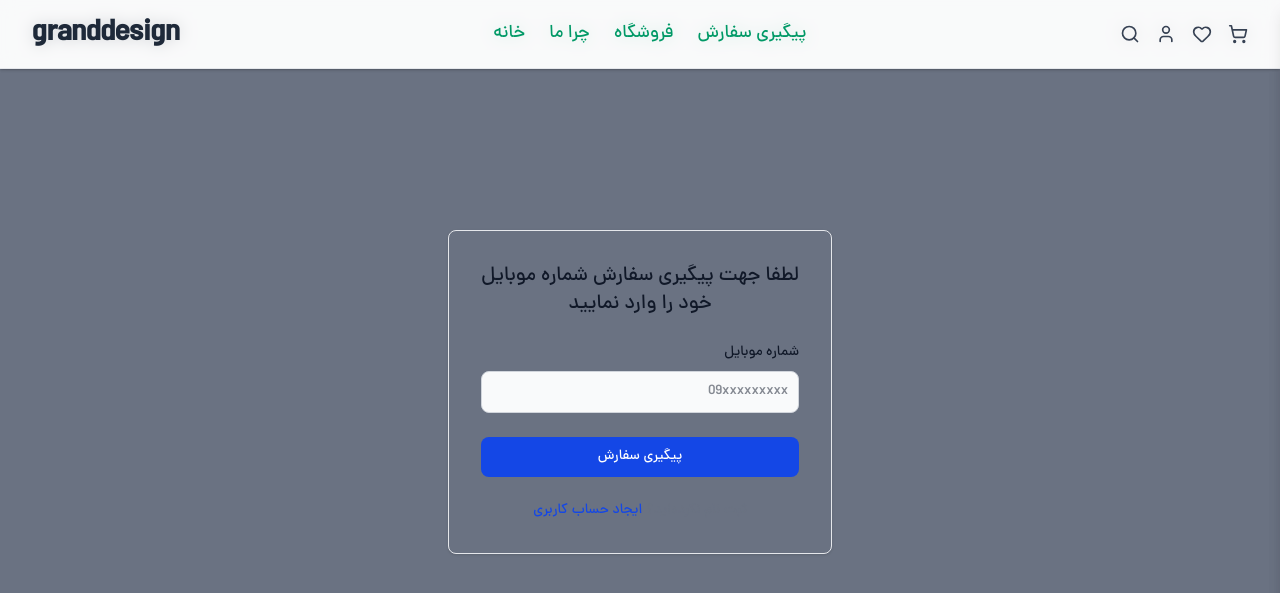
Repository: Aihan-2005/granddesign.frontend
Page: /productTracking
The author's editor kept a copy of each file at every save. The page is drawn from the files as they stood at one save, then again after the next save.
The browser window is 1280 px wide. The pictures show the whole page.
The project was rebuilt for these pictures with package versions that can differ from the ones it lists, and the page was loaded fresh each time. The framework's server and built-in components were replaced by stand-ins that run in the browser. Also part of the build but not shown: next.config.mjs, src/components/store/modal/Search.jsx, src/zustand/useAuthStore.jsx, src/components/store/modal/Login.jsx, src/components/store/modal/CartModal.jsx, src/components/store/modal/FavoritesModal.jsx.

Above is the page before, as saved 2025-09-16 01:41:23.

### src/app/layout.jsx
import { Geist, Geist_Mono } from "next/font/google";
import "./globals.css";
import Header from './../components/store/Headers';
import Search from './../components/store/modal/Search';
import LoginModal from './../components/store/modal/Login';
import CartModal from './../components/store/modal/CartModal';
import FavoritesModal from "@/components/store/modal/FavoritesModal";

const geistSans = Geist({
  variable: "--font-geist-sans",
  subsets: ["latin"],
});

const geistMono = Geist_Mono({
  variable: "--font-geist-mono",
  subsets: ["latin"],
});

export const metadata = {
  title: "Create Next App",
  description: "Generated by create next app",
};

export default function RootLayout({ children }) {
  return (
    <html lang="en">
      <body className={`${geistSans.variable} ${geistMono.variable} antialiased`}>
        <Header />
        {children}
        <Search/>
        <LoginModal />
        <FavoritesModal/>
        <CartModal />
      </body>
    </html>
  );
}

### src/app/(fullpage)/layout.jsx
export default function LayoutRegister({children}){
    return(
        <>
        {children}
        </>
    )
}

### src/app/(fullpage)/productTracking/page.jsx
import Header from "@/components/store/Headers";

export default function ProductTracking() {
    return (
        <div className="min-h-screen bg-gray-500 relative overflow-hidden" >
            <Header />

            <div className="flex items-center justify-center min-h-screen pt-16">
                <div className="w-full max-w-sm p-4 bg- border border-gray-200 rounded-lg shadow-sm sm:p-6 md:p-8 ">
                    <form className="space-y-6" action="#">
                        <h5 className="text-xl font-medium text-gray-900 dark:text-white text-center">
                            لطفا جهت پیگیری سفارش شماره موبایل خود را وارد نمایید
                        </h5>
                        <div>
                            <label htmlFor="phone" className="block mb-2 text-sm font-medium text-gray-900 dark:text-white text-right">
                                شماره موبایل
                            </label>
                            <input
                                type="tel"
                                name="phone"
                                id="phone"
                                className="bg-gray-50 border border-gray-300 text-gray-900 text-sm rounded-lg focus:ring-blue-500 focus:border-blue-500 block w-full p-2.5 dark:bg-gray-600 dark:border-gray-500 dark:placeholder-gray-400 dark:text-white text-right"
                                placeholder="09xxxxxxxxx"
                                required
                            />
                        </div>

                        <button
                            type="submit"
                            className="w-full text-white bg-blue-700 hover:bg-blue-800 focus:ring-4 focus:outline-none focus:ring-blue-300 font-medium rounded-lg text-sm px-5 py-2.5 text-center dark:bg-blue-600 dark:hover:bg-blue-700 dark:focus:ring-blue-800"
                        >
                            پیگیری سفارش
                        </button>

                        <div className="text-sm font-medium text-gray-500 dark:text-gray-300 text-center">
                            ثبت نام نکرده‌اید؟{" "}
                            <a href="#" className="text-blue-700 hover:underline dark:text-blue-500">
                                ایجاد حساب کاربری
                            </a>
                        </div>
                    </form>
                </div>
            </div>
        </div>
    )
}

### src/app/globals.css
@import "tailwindcss";



@font-face {
  font-family: "Biski";
  src: url("/Fonts/biski/BiskiTrial-Regular.otf") format(opentype);
}
@font-face {
  font-family: "Dana";
  src: url("/Fonts/dana/dana medium.ttf") format(truetype);
}
@font-face {
  font-family: "Niaz";
  src: url("/Fonts/niaz/niaz.ttf") format(truetype);
}

*{
  font-family:"Dana";
   scroll-behavior: smooth;
}




body::-webkit-scrollbar {
    width: 7px;
}

body::-webkit-scrollbar-track {
    background-color: inherit;
    border-radius: 25px;
}

body::-webkit-scrollbar-thumb {
    background-color: rgb(130, 130, 130);
    border-radius: 25px;
}

.changeScroll::-webkit-scrollbar {
    height:  7px;
}

.changeScroll::-webkit-scrollbar-track {
    background-color: inherit;
    border-radius: 25px;
}

.changeScroll::-webkit-scrollbar-thumb {
    background-color: rgb(130, 130, 130);
    border-radius: 25px;
}


body {
background-color: rgba(49, 49, 49, 0.901);
width: 100%;
height: 100%;
}


input:-webkit-autofill,
input:-webkit-autofill:hover,
input:-webkit-autofill:focus,
input:-webkit-autofill:active {
    -webkit-box-shadow: 0 0 0px 1000px #0f172a00 inset !important;
    box-shadow: 0 0 0px 1000px #0f172a00 inset !important;
    -webkit-text-fill-color: #fff !important;
    caret-color: #ffffff !important;
    border-color: #94a3b800 !important;
    transition: background-color 9999s ease-in-out 0s, color 9999s ease-in-out 0s;
    appearance: none;
}
.no-scrollbar::-webkit-scrollbar {
  display: none;
}
.no-scrollbar {
  -ms-overflow-style: none;  /* IE and Edge */
  scrollbar-width: none;  /* Firefox */
}

### src/zustand/Search.jsx
import { create } from "zustand";


export const useSearchStore = create((set) => ({
  isSearchOpen: false,
  openSearch: () => set({ isSearchOpen: true }),
  closeSearch: () => set({ isSearchOpen: false }),
}));

### src/zustand/loginStore.jsx
import { create } from "zustand";


export const useLoginStore = create((set)=>({
    isLoginOpen : false,
    openLogin:()=>set({isLoginOpen:true}),
    closeLogin:()=>set({isLoginOpen:false})
}));

### src/zustand/cartStore.jsx
// import { create } from "zustand";

// export const useCartStore = create((set) => ({
//   isCartOpen: false,
//   items: [],

//   openCart: () => set({ isCartOpen: true }),
//   closeCart: () => set({ isCartOpen: false }),

//   addItem: (product) =>
//     set((state) => {
//       const existing = state.items.find((item) => item.id === product.id);
//       if (existing) {
//         return {
//           items: state.items.map((item) =>
//             item.id === product.id
//               ? { ...item, quantity: item.quantity + 1 }
//               : item
//           ),
//         };
//       }
//       return {
//         items: [...state.items, { ...product, quantity: 1 }],
//       };
//     }),

//   removeItem: (id) =>
//     set((state) => ({
//       items: state.items.filter((item) => item.id !== id),
//     })),
// }));
// src/zustand/cartStore.js
import { create } from 'zustand';
import { persist } from 'zustand/middleware'; // اضافه کردن این import

export const useCartStore = create(
  persist( // اضافه کردن persist
    (set, get) => ({
      items: [],
      isCartOpen: false,

      openCart: () => set({ isCartOpen: true }),
      closeCart: () => set({ isCartOpen: false }),

      addItem: (product) => set((state) => {
        const existingItem = state.items.find(item => item.id === product.id);
        if (existingItem) {
          return {
            items: state.items.map(item =>
              item.id === product.id
                ? { ...item, quantity: item.quantity + 1 }
                : item
            )
          };
        } else {
          return {
            items: [...state.items, { ...product, quantity: 1 }]
          };
        }
      }),

      removeItem: (productId) => set((state) => ({
        items: state.items.filter(item => item.id !== productId)
      })),

      updateQuantity: (productId, newQuantity) => set((state) => ({
        items: state.items.map(item =>
          item.id === productId
            ? { ...item, quantity: Math.max(0, newQuantity) }
            : item
        ).filter(item => item.quantity > 0)
      })),

      clearCart: () => set({ items: [] })
    }),
    {
      name: 'cart-storage', // نام برای localStorage
    }
  )
);

### src/zustand/favoritesStore.jsx
// // src/zustand/wishlistStore.js
// import { create } from 'zustand';
// import { persist } from 'zustand/middleware';

// export const useWishlistStore = create(
//   persist(
//     (set, get) => ({
//       wishlistItems: [],

//       // اضافه کردن محصول به علاقه‌مندی‌ها
//       addToWishlist: (product) => set((state) => {
//         const exists = state.wishlistItems.find(item => item.id === product.id);
//         if (!exists) {
//           return { wishlistItems: [...state.wishlistItems, product] };
//         }
//         return state;
//       }),

//       // حذف محصول از علاقه‌مندی‌ها
//       removeFromWishlist: (productId) => set((state) => ({
//         wishlistItems: state.wishlistItems.filter(item => item.id !== productId)
//       })),

//       // تغییر وضعیت محصول در علاقه‌مندی‌ها
//       toggleWishlistItem: (product) => set((state) => {
//         const exists = state.wishlistItems.find(item => item.id === product.id);
//         if (exists) {
//           return {
//             wishlistItems: state.wishlistItems.filter(item => item.id !== product.id)
//           };
//         } else {
//           return {
//             wishlistItems: [...state.wishlistItems, product]
//           };
//         }
//       }),

//       // پاک کردن همه علاقه‌مندی‌ها
//       clearWishlist: () => set({ wishlistItems: [] }),

//       // بررسی وجود محصول در علاقه‌مندی‌ها
//       isInWishlist: (productId) => {
//         return get().wishlistItems.some(item => item.id === productId);
//       }
//     }),
//     {
//       name: 'wishlist-storage', // نام برای ذخیره در localStorage
//     }
//   )
// );
// src/zustand/wishlistStore.js
// src/zustand/favoritesStore.js
import { create } from 'zustand';
import { persist } from 'zustand/middleware';

export const useWishlistStore = create(
  persist(
    (set, get) => ({
      wishlistItems: [],
      isFavoritesOpen: false, // اضافه کردن این خط

      // توابع جدید برای مدیریت modal
      openFavorites: () => set({ isFavoritesOpen: true }),
      closeFavorites: () => set({ isFavoritesOpen: false }),

      // توابع قبلی...
      addToWishlist: (product) => set((state) => {
        const exists = state.wishlistItems.find(item => item.id === product.id);
        if (!exists) {
          return { wishlistItems: [...state.wishlistItems, product] };
        }
        return state;
      }),

      removeFromWishlist: (productId) => set((state) => ({
        wishlistItems: state.wishlistItems.filter(item => item.id !== productId)
      })),

      toggleWishlistItem: (product) => set((state) => {
        const exists = state.wishlistItems.find(item => item.id === product.id);
        if (exists) {
          return {
            wishlistItems: state.wishlistItems.filter(item => item.id !== product.id),
            isFavoritesOpen: true // باز نگه داشتن modal بعد از حذف
          };
        } else {
          return {
            wishlistItems: [...state.wishlistItems, product],
            isFavoritesOpen: true // باز نگه داشتن modal بعد از اضافه کردن
          };
        }
      }),

      clearWishlist: () => set({ wishlistItems: [] }),

      isInWishlist: (productId) => {
        return get().wishlistItems.some(item => item.id === productId);
      }
    }),
    {
      name: 'wishlist-storage',
    }
  )
);

Loaded but not shown: src/zustand/store.js (18 lines, source omitted); src/components/store/Headers.jsx (396 lines, source omitted)

After the next save:
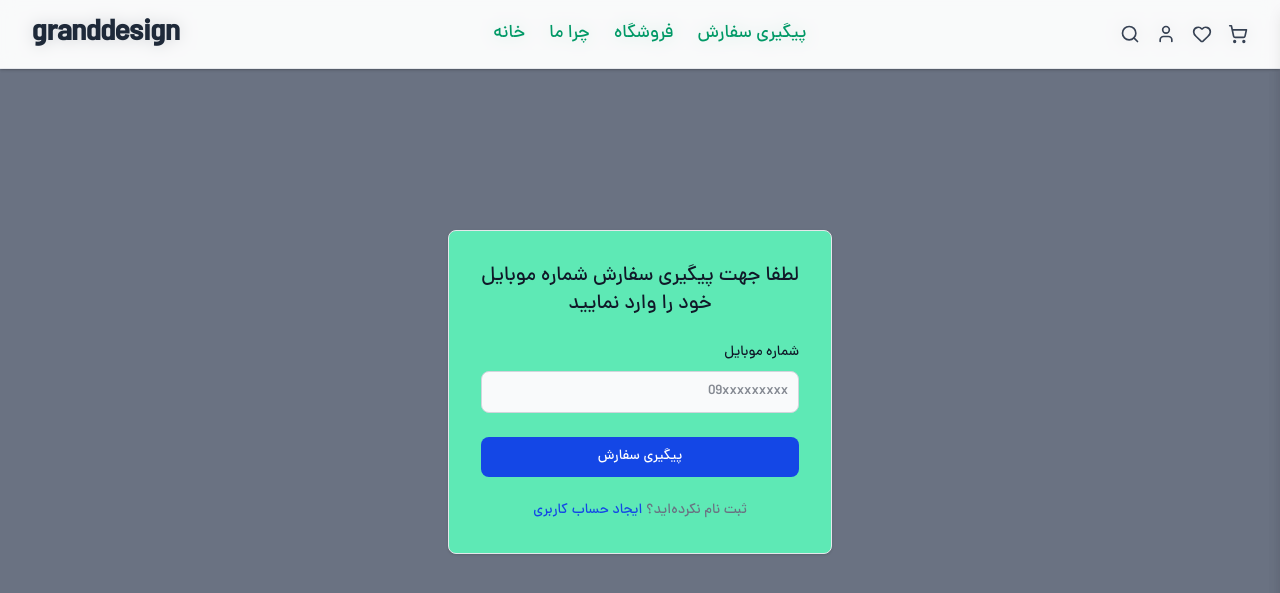
Saved 7 s later.
--- a/src/app/(fullpage)/productTracking/page.jsx
+++ b/src/app/(fullpage)/productTracking/page.jsx
@@ -6,7 +6,7 @@
             <Header />
 
             <div className="flex items-center justify-center min-h-screen pt-16">
-                <div className="w-full max-w-sm p-4 bg- border border-gray-200 rounded-lg shadow-sm sm:p-6 md:p-8 ">
+                <div className="w-full max-w-sm p-4 bg-emerald-300 border border-gray-200 rounded-lg shadow-sm sm:p-6 md:p-8 ">
                     <form className="space-y-6" action="#">
                         <h5 className="text-xl font-medium text-gray-900 dark:text-white text-center">
                             لطفا جهت پیگیری سفارش شماره موبایل خود را وارد نمایید

After the save that followed:
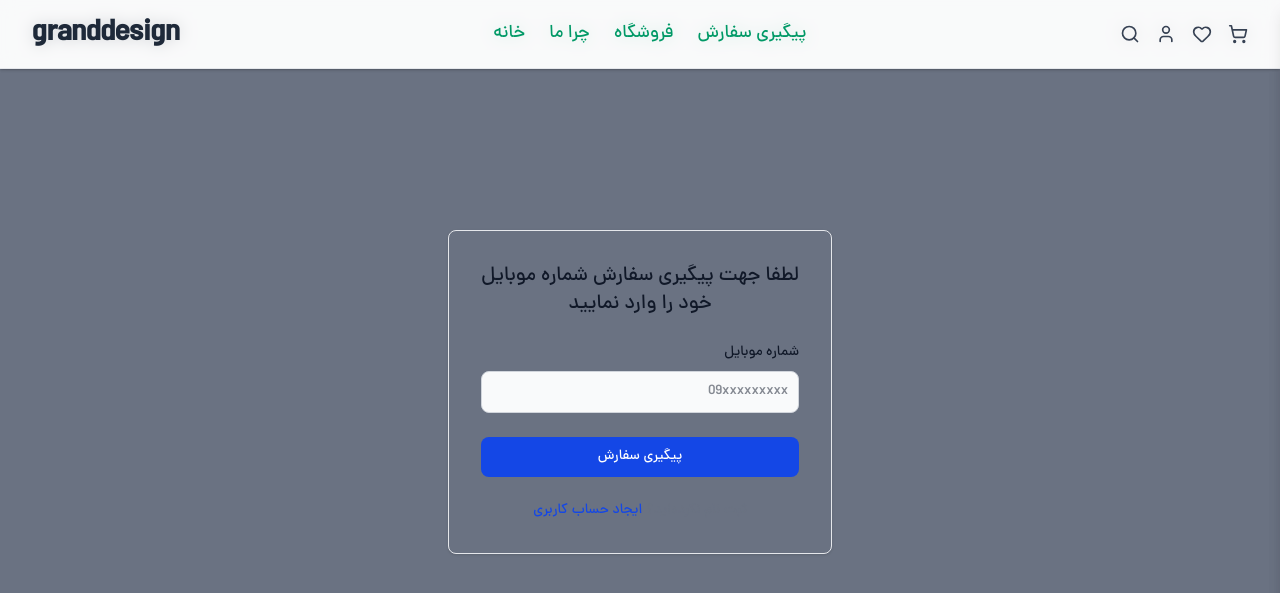
Saved 15 s later.
--- a/src/app/(fullpage)/productTracking/page.jsx
+++ b/src/app/(fullpage)/productTracking/page.jsx
@@ -6,7 +6,7 @@
             <Header />
 
             <div className="flex items-center justify-center min-h-screen pt-16">
-                <div className="w-full max-w-sm p-4 bg-emerald-300 border border-gray-200 rounded-lg shadow-sm sm:p-6 md:p-8 ">
+                <div className="w-full max-w-sm p-4 bg- border border-gray-200 rounded-lg shadow-sm sm:p-6 md:p-8 ">
                     <form className="space-y-6" action="#">
                         <h5 className="text-xl font-medium text-gray-900 dark:text-white text-center">
                             لطفا جهت پیگیری سفارش شماره موبایل خود را وارد نمایید
